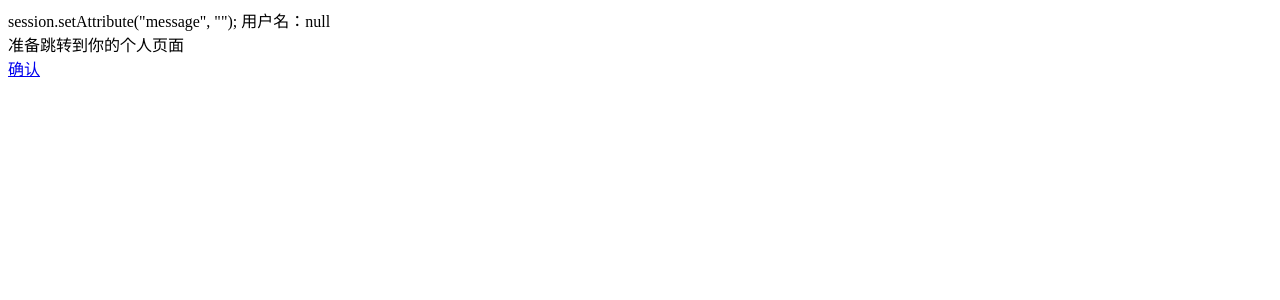
Repository: Cute-abacus/MyfirstJavaApp
Page: http://localhost/RegisterSy/学生登陆判定结果.jsp
An editor plug-in stored every save of this project. The page is shown before and after the next save, followed by the edit.
The browser window is 1280 px wide. The pictures show the whole page.
The page is served by Tomcat 9. Other server files are loaded and not shown.

Above is the page before, as saved 2018-06-09 10:47:56.

### Web项目/RegisterSy/WebContent/学生登陆判定结果.jsp
<%@ page language="java" import="java.util.*"
	contentType="text/html; charset=utf-8" pageEncoding="utf-8"%>
<%@ page import="entity.*" import="db.*" import="dao.*"%>
<!DOCTYPE html PUBLIC "-//W3C//DTD HTML 4.01 Transitional//EN" "http://www.w3.org/TR/html4/loose.dtd">
<html>
<head>
<meta http-equiv="Content-Type" content="text/html; charset=utf-8">
<title>学生登陆判定结果</title>
</head>
<body>
	<% request.setCharacterEncoding("utf-8");%>

<%
    String mess=(String)session.getAttribute("message");
    if("".equals(mess)  && mess==null){

    }else{%>
    <script type="text/javascript">
        alert("<%=mess%>");
	</script>

    session.setAttribute("message", "");
<% }%>


	<%
String username,password;
username=request.getParameter("username");


	out.println("用户名："+username+"<br>");
	out.println("准备跳转到你的个人页面<br>");



%>
	<a href="../CurrentUserweb.jsp">确认</a>
</body>
</html>

After the next save:
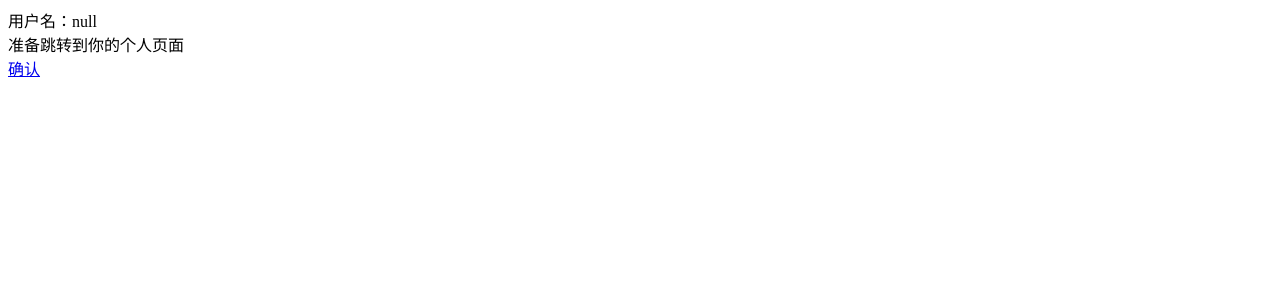
Saved 32 min 43 s later.
--- a/Web项目/RegisterSy/WebContent/学生登陆判定结果.jsp
+++ b/Web项目/RegisterSy/WebContent/学生登陆判定结果.jsp
@@ -9,19 +9,6 @@
 </head>
 <body>
 	<% request.setCharacterEncoding("utf-8");%>
-
-<%
-    String mess=(String)session.getAttribute("message");
-    if("".equals(mess)  && mess==null){
-
-    }else{%>
-    <script type="text/javascript">
-        alert("<%=mess%>");
-	</script>
-
-    session.setAttribute("message", "");
-<% }%>
-
 
 	<%
 String username,password;
